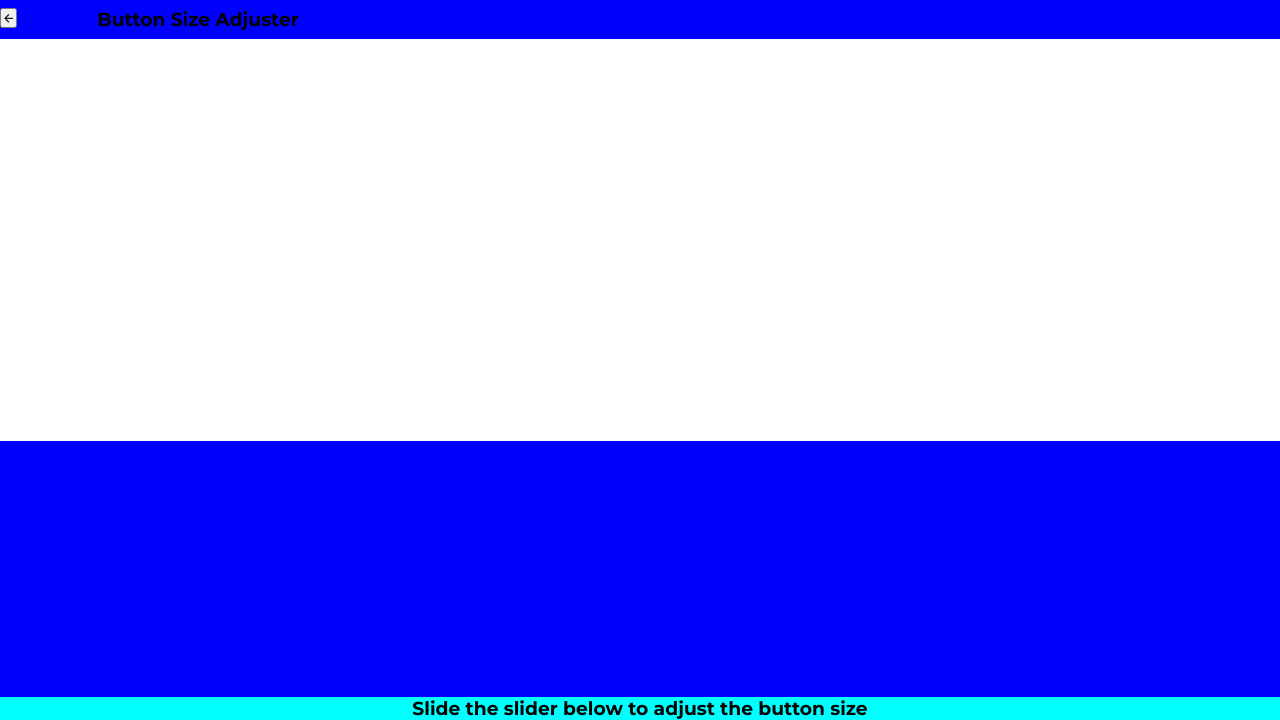
Repository: EguJaredoBoyd/Jared-Counter-App
Page: settings.html
An editor plug-in stored every save of this project. The page is shown before and after the next save, followed by the edit.
The browser window is 1280 px wide. The pictures show the whole page.

Above is the page before, as saved 2025-12-03 15:15:03.
Console error: TypeError: Cannot set properties of null (setting 'textContent')

After the next save:
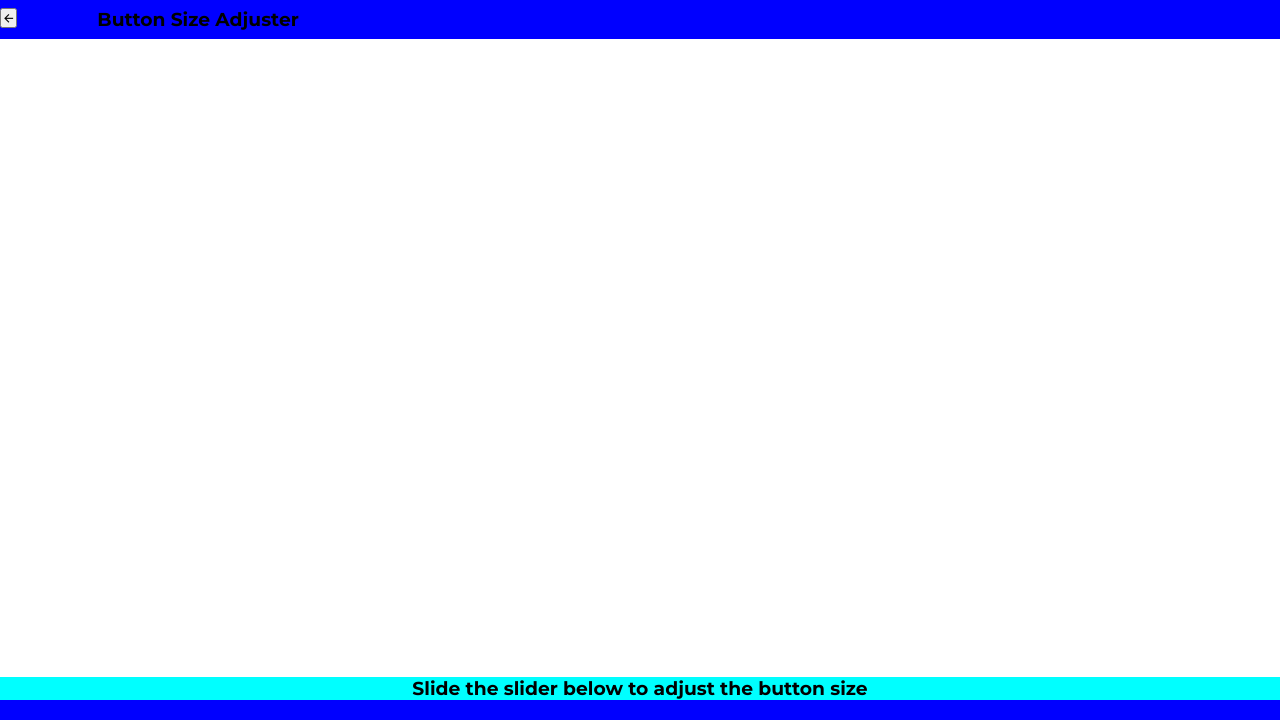
Saved 54 s later.
--- a/style.css
+++ b/style.css
@@ -95,7 +95,7 @@ main {
 
 .main__div--slider {
     background-color: aqua;
-    margin-top: 20%;
+    margin-bottom: 20px;
 }
 
 footer {
